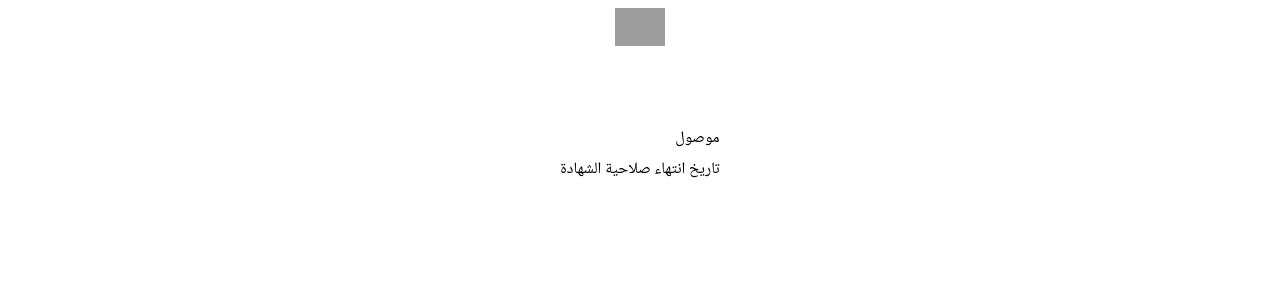
Repository: khanshakiil/ArabicHTMLToPDF
Page: HospitalFrontDesk/src/main/resources/html.html
These files come from the project's save history. The page is drawn as it stood at one moment and after the next save; the edit follows.
The browser window is 1280 px wide. The pictures show the whole page.
Pictures or frames that could not be fetched are drawn as grey boxes.

Above is the page before, as saved 2020-03-05 20:01:07.

### HospitalFrontDesk/src/main/resources/html.html
<!DOCTYPE html>
<html>

<head>
<style>
table {
margin: 60px;
padding: 10px;

}
#qrCode{
width: 50px;
}
</style>

</head>

<body>
<center>
<table >
<tr>
<img src="E:\\qrcode.png" id="qrCode"></img> </tr>
<tr>
<td dir="rtl" style="font-family: Noto Naskh Arabic">موصول</td>
</tr>
<tr>
<td dir="rtl" style="font-family: Noto Naskh Arabic">تاريخ انتهاء صلاحية الشهادة </td>
</tr>

</table></center>
</body>

</html>

After the next save:
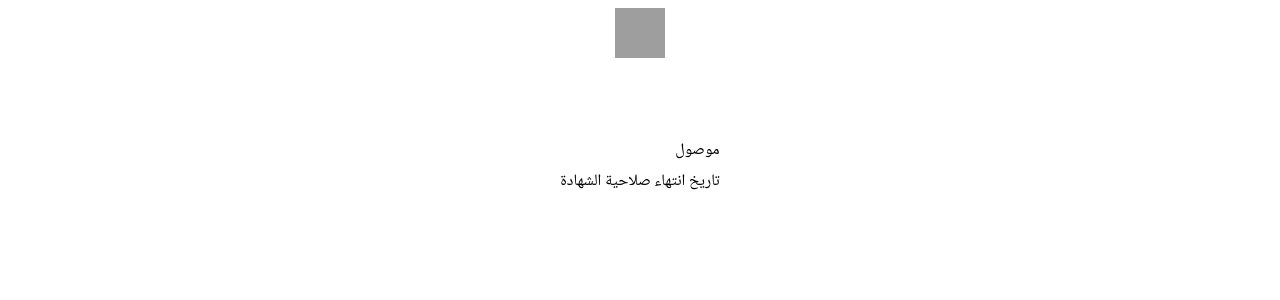
Saved 5 s later.
--- a/HospitalFrontDesk/src/main/resources/html.html
+++ b/HospitalFrontDesk/src/main/resources/html.html
@@ -10,6 +10,7 @@ padding: 10px;
 }
 #qrCode{
 width: 50px;
+height: 50px;
 }
 </style>
 
